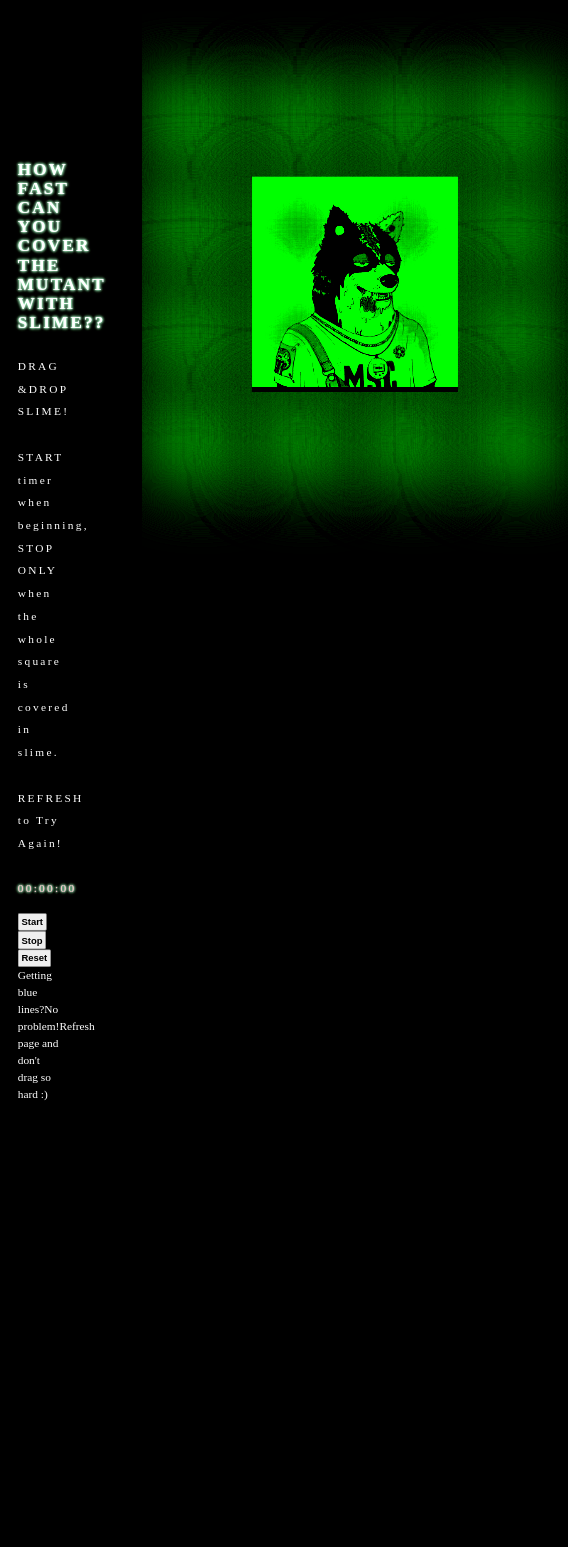
Repository: CSituma/MSCfanArt
Page: index.html
An editor plug-in stored every save of this project. The page is shown before and after the next save, followed by the edit.
The browser window is 600 px wide. The page is 800 px wide, so the pictures cover 800 px, including what lies to the right of the window. The pictures show the whole page, at 71% of full size.
Some web libraries are served in a nearby version.

Above is the page before, as saved 2022-02-18 05:25:04.

### index.html
<!DOCTYPE html>
<html lang="en">
  <head>
    <meta charset="UTF-8" />
    <meta name="viewport" content="width=device-width, initial-scale=1.0" />
    <link rel="stylesheet" href="style.css" />
    <title>COLOR THE MUTANT SHIBA</title>
  </head>
  <body>
    <section class="MSC_Squad">
      <div class="container">
        <div class="Alpha">
          <div class="Berry"> </div>
          <div class="Gaba"></div>
          <div class="LordSlabs"></div>
        </div>
        <div class="headmods">
          <div class="Vikingz"></div>
          <div class="cam"></div>
          <div class="Krmblnuggs"></div>
          <div class="shotguntobi"></div>
        </div>
        <div class="mods">
          <div class="Obo">

          </div>
          <div class="Shucks"></div>
          <div clas="Ali"></div>
          <div clas="cawee"></div>
          <div clas="cheese"></div>
          <div clas="Happy"></div>
          <div clas="Jake"></div>
          <div clas="Jpegg"></div>
          <div clas="Kishu"></div>
          <div clas="Noah"></div>
          <div clas="Smarter"></div>
          <div clas="Tia"></div>
        </div>
      </div>
    </section>
    <div class="wrapper">
        <h2 class="glow">HOW FAST CAN YOU COVER THE MUTANT WITH SLIME??</h2>
        <p>DRAG &DROP SLIME!</p>
        <p>START timer when beginning, STOP  ONLY when the whole square is covered in slime.</p>
        <p>REFRESH to Try Again!</p>
        <p class="timer">
          <span class="mins">00</span>:<span class="seconds">00</span
          >:<span class="tens">00</span>
        </p>
        <br />
        <button class="btn-start">Start</button>
        <button class="btn-stop">Stop</button>
        <button class="btn-reset">Reset</button>
        <p class="disclaimer">Getting blue lines?No problem!Refresh page and don't drag so hard :)</p>
      </div>
    <script src="https://code.jquery.com/jquery-3.5.1.js"></script>
    <script src="/script.js"></script>
    <script src="https://code.jquery.com/ui/1.12.1/jquery-ui.js"></script>
    <script>
      $(function () {
        $(".container div").draggable();
      });
    </script>
  </body>
</html>

### style.css
* {
    margin: 0;
    padding: 0;
    box-sizing: border-box;
}

body{
    background-color: black;
}
section {
    width: 100%;
    height: 100vh;

    display: flex;
    align-items: center;
    background: url('Images/MSC.JPG') center no-repeat;
    filter: contrast(10);
    overflow: hidden;
    justify-content: center;
}

 .headmods div, .mods div{
    width: 140px;
    filter: blur(40px);
    height: 140px;
    background: green;
    display: inline-block;
    border-bottom-left-radius: 50px;
    border:none;
    outline:none;
    animation: animate 30s ease-in-out infinite;
}

.wrapper{
    filter: none;
    z-index:10000;
    animation: animate 20s ease-in-out infinite;
    height:100%;
    position: relative;
    top:-600px;
    letter-spacing: 0.2rem;
    box-shadow: 10px 10px  black;
    background-color: black;
    color:white;
    width: 300px;

    padding:20px;
}

.wrapper button{

    padding:0.2rem;
    color: black;
    font-weight:bold;
}
.wrapper p{
line-height: 2rem;
    margin-top:2rem;
}

.wrapper .disclaimer{
margin-top: 0;
letter-spacing: 0;
line-height: 1.5rem;
}


@keyframes animate {

    0% {
        margin: 10px;
    }

    20% {
        margin: -10px;
    }
    40% {
        margin: -20px;
    }
    60% {
        margin: -30px;
    }
    80% {
        margin: -10px;
    }

    100% {
        margin: 10px;
    }

}
@keyframes animate {

    0% {
        margin: 0px;
    }

    50% {
        margin: 10px;
    }



    100% {
        margin: 0px;
    }

}


.glow, .timer{

    color: #fff;
    text-align: center;
    -webkit-animation: glow 1s ease-in-out infinite alternate;
    -moz-animation: glow 1s ease-in-out infinite alternate;
    animation: glow 1s ease-in-out infinite alternate;
  }

  @keyframes glow {
    from {
      text-shadow: 0 0 1px #fff, 0 0 2px #fff, 0 0 2.5px #00e660, 0 0 3px #e60073, 0 0 3.5px #e60073, 0 0 4px #00e660ee, 0 0 4.5px #08f36a;
    }
    to {
      text-shadow: 0 0 2px #fff, 0 0 3px #00e660a2, 0 0 3.5px #00e660, 0 0 4px #ff4da6, 0 0 4.5px #ff4da6, 0 0 5px #00e6609c, 0 0 5.5px #00e660;
    }
  }

.timer{
    color:pink;
}

/* /////RESPOSIVENES/// */

@media screen and (max-width:870px) {

    section{margin-left:200px}
}
@media screen and (max-width:730px) {

    .wrapper{width:100px}
}
@media screen and (max-width:650px) {

    wrapper{width:10px}
}

### script.js
let seconds = 00;
let tens = 00;
let mins = 00;
let getSeconds = document.querySelector(".seconds");
let getTens = document.querySelector(".tens");
let getMins = document.querySelector(".mins");
let btnStart = document.querySelector(".btn-start");
let btnStop = document.querySelector(".btn-stop");
let btnReset = document.querySelector(".btn-reset");
let interval;

btnStart.addEventListener("click", () => {
  clearInterval(interval);
  inverval = setInterval(startTimer, 10);
});
btnStop.addEventListener("click", () => {
  clearInterval(inverval);
});
btnReset.addEventListener("click", () => {
  clearInterval(inverval);
  tens = "00";
  seconds = "00";
  mins = "00";
  getSeconds.innerHTML = seconds;
  getTens.innerHTML = tens;
  getMins.innerHTML = mins;
});

function startTimer() {
  tens++;
  if (tens <= 9) {
    getTens.innerHTML = "0" + tens;
  }
  if (tens > 9) {
    getTens.innerHTML = tens;
  }
  if (tens > 99) {
    seconds++;
    getSeconds.innerHTML = "0" + seconds;
    tens = 0;
    getTens.innerHTML = "0" + 0;
  }
  if (seconds > 9) {
    getSeconds.innerHTML = seconds;
  }
  if (seconds > 59) {
    mins++;
    getMins.innerHTML = "0" + mins;
    seconds = 0;
    getSeconds.innerHTML = "0" + 0;
  }
  if (mins > 9) {
    getSeconds.innerHTML = mins;
  }
}

After the next save:
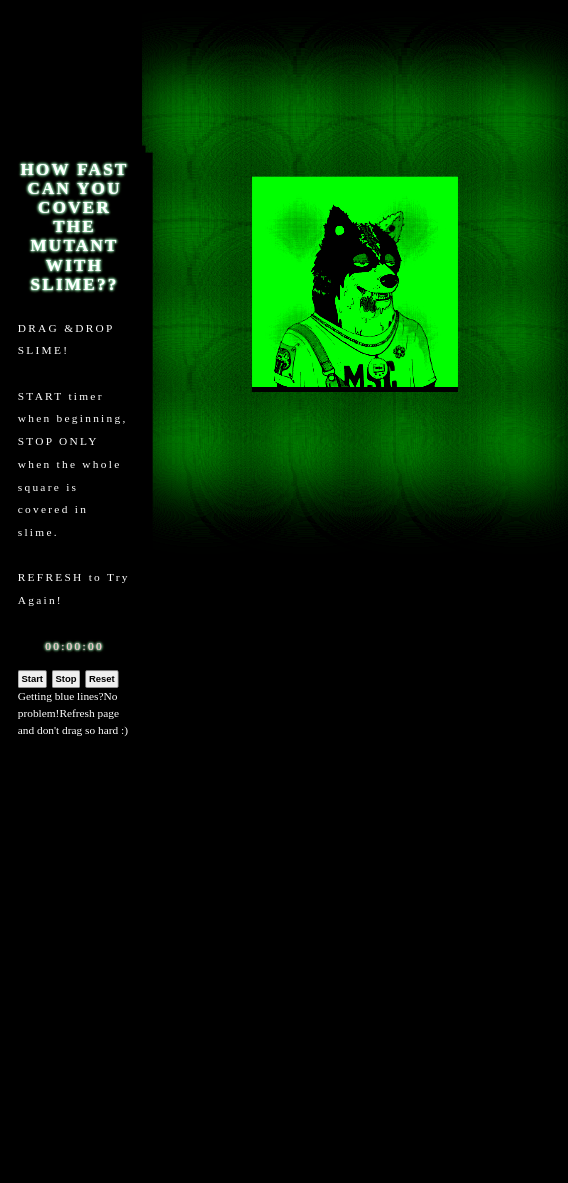
Saved 11 s later.
--- a/style.css
+++ b/style.css
@@ -138,7 +138,7 @@
 }
 @media screen and (max-width:730px) {
 
-    .wrapper{width:100px}
+    .wrapper{width:200px}
 }
 @media screen and (max-width:650px) {
 
